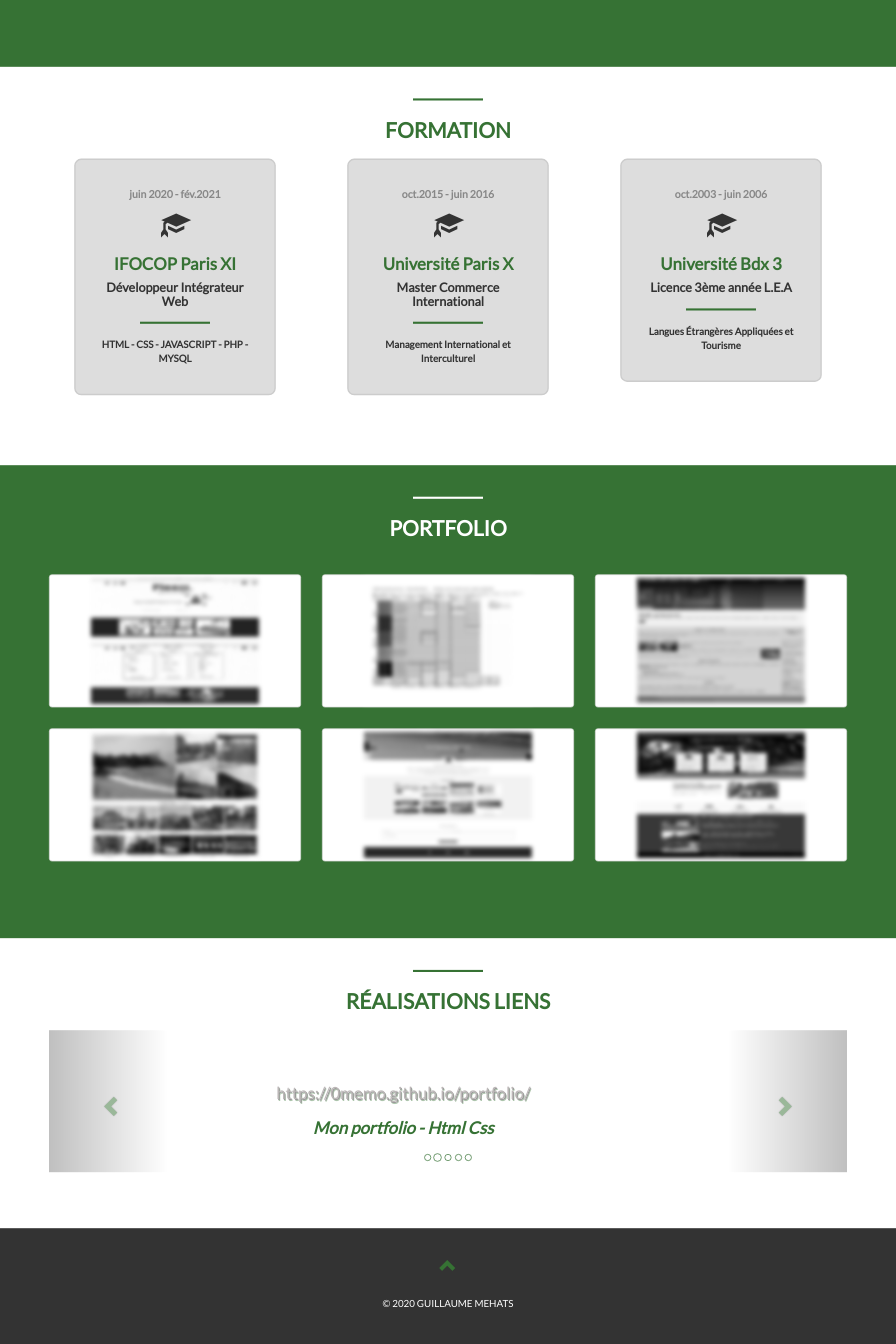
Repository: 0Memo/mon-cv
Page: index.html
The author's editor kept a copy of each file at every save. The page is drawn from the files as they stood at one save, then again after the next save.
The browser window is 1280 px wide. The pictures show the part of the page from y = 3452 to 5372 px (the page is 5372 px tall), at 70% of full size.

Above is the page before, as saved 2020-12-29 16:25:00.

After the next save:
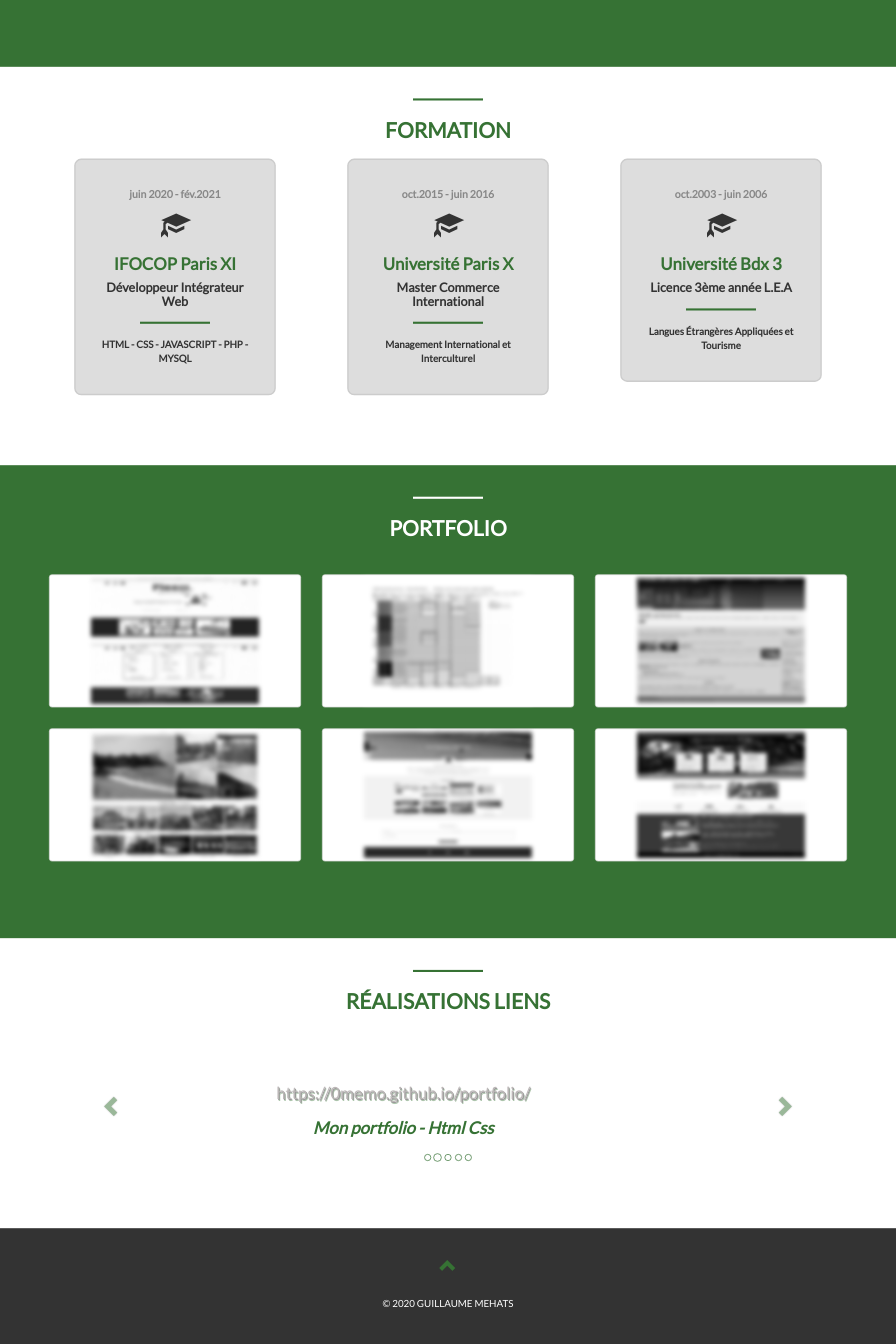
Saved 36 s later.
--- a/css/styles.css
+++ b/css/styles.css
@@ -355,6 +355,7 @@ section {
 }
 
 .carousel-control.left, .carousel-control.right {
+    background-image: none;
     color: var(--color);
 }
 
